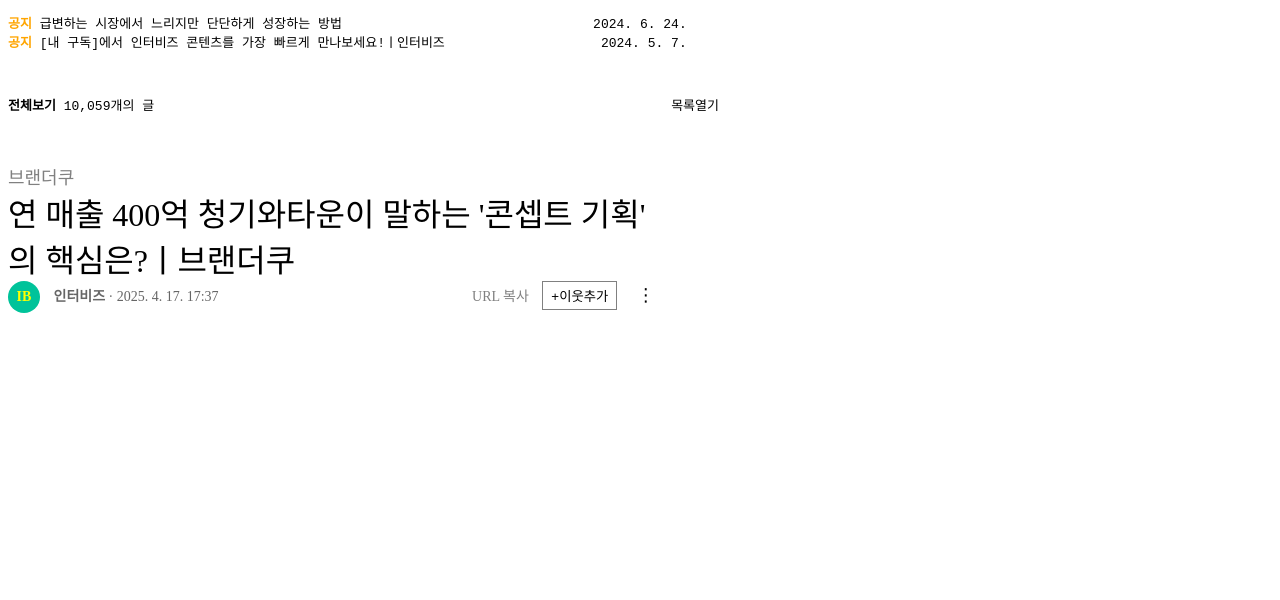
Repository: msgggg1/webPro
Page: webPro/src/main/webapp/html/days02/ex11.html
These files come from the project's save history. The page is drawn as it stood at one moment and after the next save; the edit follows.
The browser window is 1280 px wide. The pictures show the whole page.

Above is the page before, as saved 2025-04-22 15:21:35.

### webPro/src/main/webapp/html/days02/ex11.html
<!DOCTYPE html>
<html>
<head>
<meta charset="UTF-8">
<title>Insert title here</title>
<link rel="shortcut icon" type="image/x-icon" href="http://localhost/webPro/images/SiSt.ico">
<script src="https://ajax.googleapis.com/ajax/libs/jquery/3.7.1/jquery.min.js"></script>
<style>
	#list{
		color: black;
		text-decoration: none;
	}
	#list:hover{
		text-decoration: underline;
	}
	a{
		text-decoration: none;
	}
	a:hover{
		text-decoration: underline;
	}
	a:visited {
		color: gray;
	}
</style>
</head>
<body>
<!-- https://blog.naver.com/PostView.naver?blogId=businessinsight&logNo=223837748542&proxyReferer=&noTrackingCode=true -->
<pre>
<font color="orange"><b>공지</b></font> 급변하는 시장에서 느리지만 단단하게 성장하는 방법                 	           2024. 6. 24. <!-- 줄 간격 맞추기 -->
<font color="orange"><b>공지</b></font> [내 구독]에서 인터비즈 콘텐츠를 가장 빠르게 만나보세요!ㅣ인터비즈 		    2024. 5. 7.
</pre>
<br>
<pre>
<b>전체보기</b> 10,059개의 글							     	     <a href="" id="list">목록열기</a>
</pre>
<br>
<br>
<font size="4" color="gray"><a href="">브랜더쿠</a></font>
<br>
<font size="6">연 매출 400억 청기와타운이 말하는 '콘셉트 기획'<br>의 핵심은?ㅣ브랜더쿠</font>
<font style="font-size: 14px;">
<br>

  <span style="display: inline-block; width: 32px; height: 32px; background-color: #00c39a; color: yellow; border-radius: 50%; text-align: center; line-height: 32px; font-weight: bold;">
    IB
  </span>

  <span style="margin-left: 10px; color: #666;">
  <b>인터비즈</b> · 2025. 4. 17. 17:37
</span>

<a href="" style="margin-left: 250px; color: gray; text-decoration: none;">URL 복사</a>

<button style="margin-left: 10px; border: 1px solid gray; padding: 4px 8px; background: white;">
  +이웃추가
</button>

<button style="margin-left: 10px; border: none; background: none; font-size: 18px;">
  ⋮
</button>


</font>


</body>
</html>

After the next save:
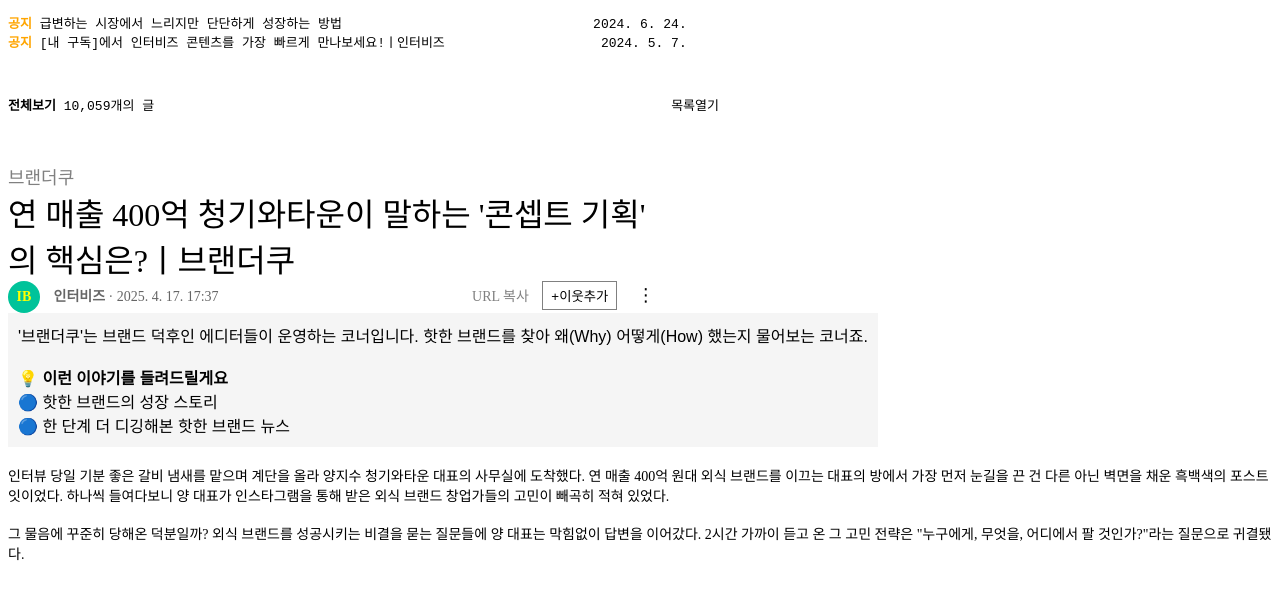
Saved 64 s later.
--- a/webPro/src/main/webapp/html/days02/ex11.html
+++ b/webPro/src/main/webapp/html/days02/ex11.html
@@ -59,9 +59,30 @@
 <button style="margin-left: 10px; border: none; background: none; font-size: 18px;">
   ⋮
 </button>
+</font>
 
+<!-- 회색 박스 배경 흉내내기 -->
+<font style="display: inline-block; background-color: #f5f5f5; padding: 10px; font-family: sans-serif;">
+  '브랜더쿠'는 브랜드 덕후인 에디터들이 운영하는 코너입니다.
+  핫한 브랜드를 찾아 왜(Why) 어떻게(How) 했는지 물어보는 코너죠.
+  <br><br>
+  💡 <b>이런 이야기를 들려드릴게요</b><br>
+  🔵 핫한 브랜드의 성장 스토리<br>
+  🔵 한 단계 더 디깅해본 핫한 브랜드 뉴스
+</font>
 
+<br><br>
+
+<!-- 본문 내용 -->
+<font style="font-size: 14px;">
+  인터뷰 당일 기분 좋은 갈비 냄새를 맡으며 계단을 올라 양지수 청기와타운 대표의 사무실에 도착했다.
+  연 매출 400억 원대 외식 브랜드를 이끄는 대표의 방에서 가장 먼저 눈길을 끈 건 다른 아닌 벽면을 채운 흑백색의 포스트잇이었다.
+  하나씩 들여다보니 양 대표가 인스타그램을 통해 받은 외식 브랜드 창업가들의 고민이 빼곡히 적혀 있었다.
+  <br><br>
+  그 물음에 꾸준히 당해온 덕분일까? 외식 브랜드를 성공시키는 비결을 묻는 질문들에 양 대표는 막힘없이 답변을 이어갔다.
+  2시간 가까이 듣고 온 그 고민 전략은 "누구에게, 무엇을, 어디에서 팔 것인가?"라는 질문으로 귀결됐다.
 </font>
+
 
 
 </body>
